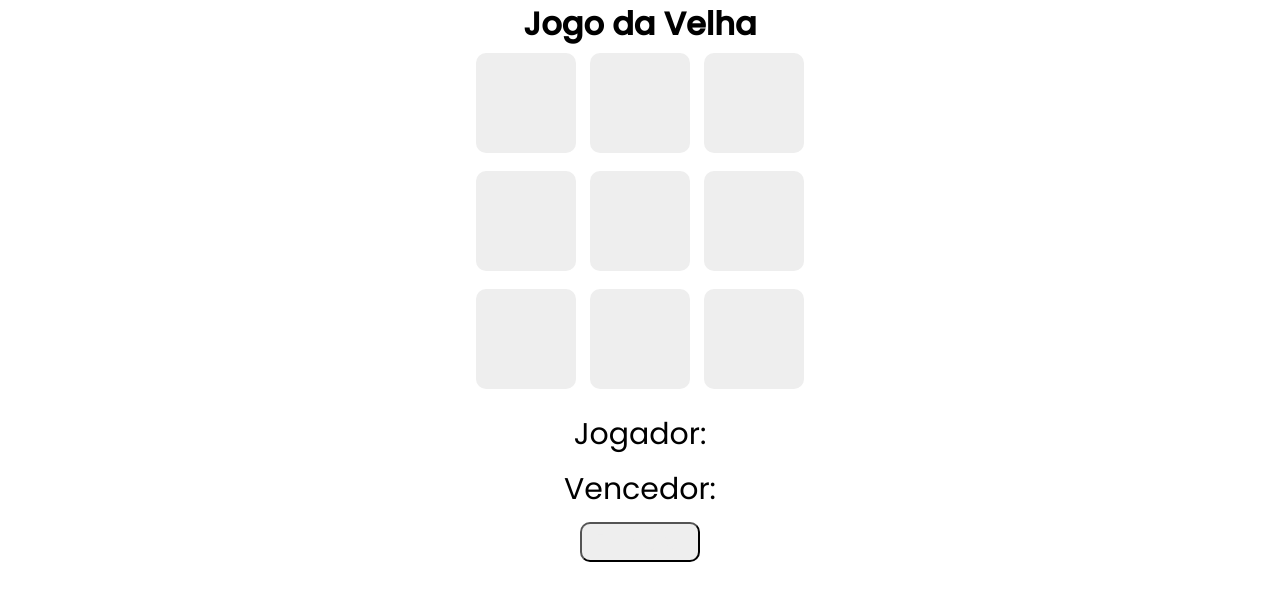
Repository: guilhermecardoso93/jogodavelha
Page: index.html
These files come from the project's save history. The page is drawn as it stood at one moment and after the next save; the edit follows.
The browser window is 1280 px wide. The pictures show the whole page.
The pointer rests on the first visible `button`.

Above is the page before, as saved 2023-05-31 21:44:16.

### index.html
<!DOCTYPE html>
<html lang="pt-BR">
  <head>
    <meta charset="UTF-8">
    <meta http-equiv="X-UA-Compatible" content="IE=edge">
    <meta name="viewport" content="width=device-width, initial-scale=1.0">
    <link rel="stylesheet" href="styles.css">
    <title>Jogo da Velha</title>
  </head>
  <body>
    <main>
      <h1>Jogo da Velha</h1>
      <div>
        <div id="1" class="squad">-</div>
        <div id="2" class="squad">-</div>
        <div id="3" class="squad">-</div>
      </div>
      <div>
        <div id="4" class="squad">-</div>
        <div id="5" class="squad">-</div>
        <div id="6" class="squad">-</div>
      </div>
      <div>
        <div id="7" class="squad">-</div>
        <div id="8" class="squad">-</div>
        <div id="9" class="squad">-</div>
      </div>
      <div class="player">
        <label>Jogador:</label>
        <label id="player"></label>
      </div>
      <div class="winner">
        <label>Vencedor:</label>
        <label id="winner"></label>
      </div>
      <div>
        <button type="button" id="reiniciarButton">Reiniciar</button>
      </div>
    </main>

  </body>
</html>

### styles.css
@import url("https://fonts.googleapis.com/css2?family=Poppins:wght@400;500&display=swap");

* {
  margin: 0;
  padding: 0;
  box-sizing: border-box;
  font-family: "Poppins", sans-serif;
}

body {
  text-align: center;
}

.squad {
  display: inline-block;
  padding: 40px;
  margin: 5px;
  width: 100px;
  height: 100px;

  text-align: center;
  color: #eee;
  font-size: 60px;
  background-color: #eee;
  cursor: pointer;
  border-radius: 10px;
}

.player,
.winner {
  font-size: 30px;
  margin-top: 10px;
}

button {
  width: 120px;
  height: 40px;
  margin-top: 10px;
  background-color: #eee;
  cursor-pointer: pointer;
  border-radius: 10px;
  font-size: 20px;
  text-align: center;
  justify-content: center;
  font-weight: bold;
}

button:hover {
  color: #eee;
}

After the next save:
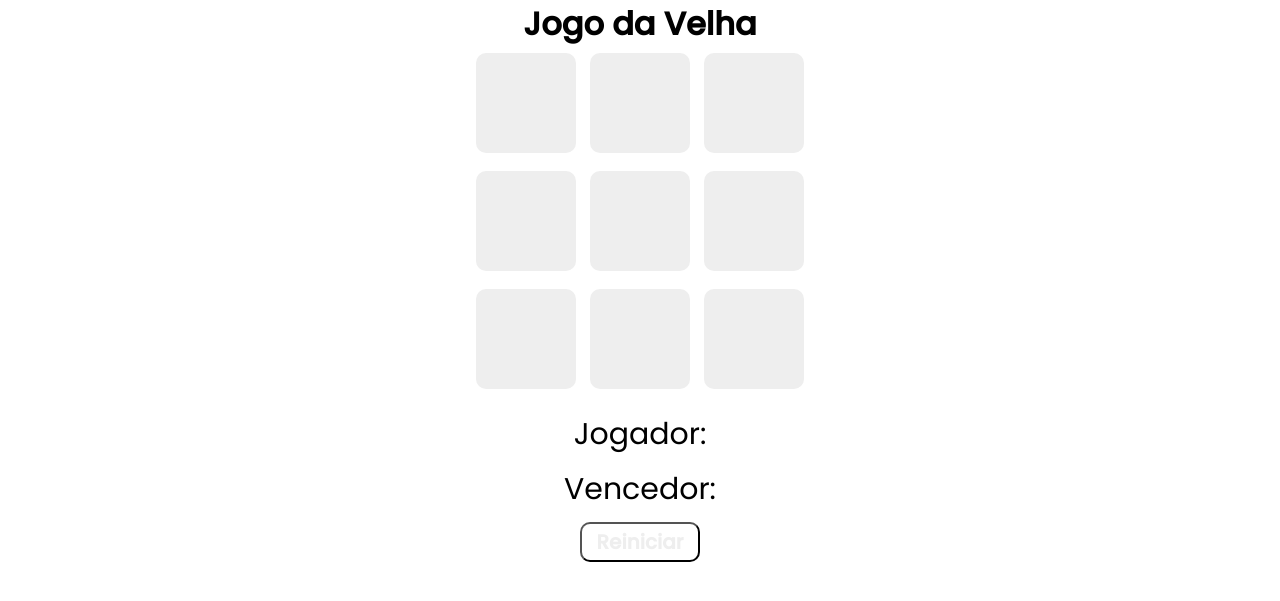
Saved 13 s later.
--- a/styles.css
+++ b/styles.css
@@ -47,4 +47,5 @@ button {
 
 button:hover {
   color: #eee;
+  background-color: #0000;
 }
